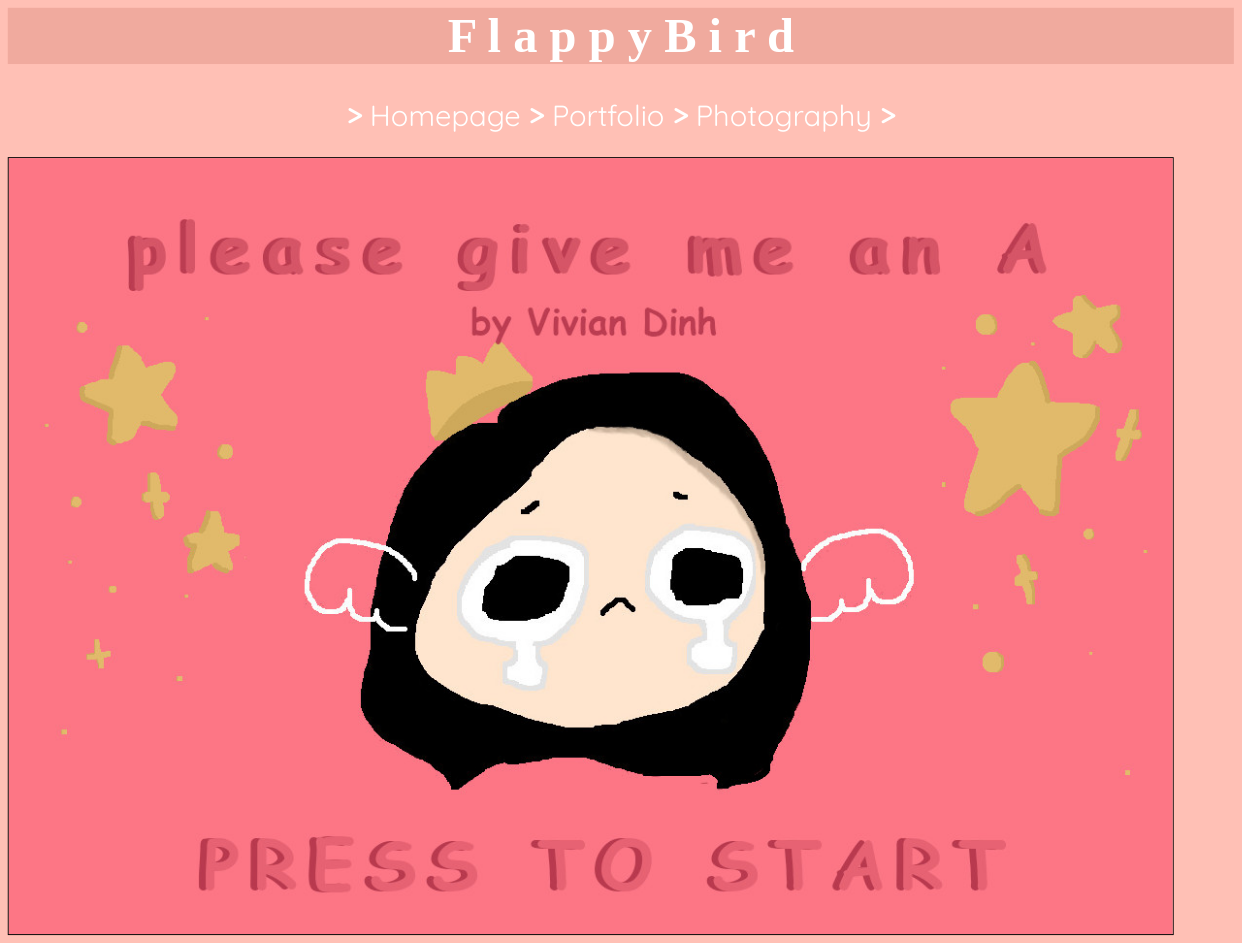
Repository: VivianVDinh/VivianVDinh.github.io
Page: flappyBird.html
The author's editor kept a record of every edit. The page is drawn from the files as they stood at one moment, then again after the next edit.
The browser window is 1280 px wide. The pictures show the whole page, at 97% of full size.
Some web fonts or font styles are not loaded; a fallback is used.

Above is the page before.

### flappyBird.html
<html>
<head>
    <meta http-equiv="Content-Type" content="text/html; charset=UTF-8" />
    <script type="text/javascript" src="js/processing.js"></script>
    <link rel="icon" type ="image/png" href="https://lh4.ggpht.com/zC_Ge7TX2z_cyJcpQcwqYmWu2tgpJdlIHCR-p7dPE6qDH8xUvxMw9S6bdygSC_D6YNk=h300">
        <title>ᕕ( ᐛ )ᕗ</title>
        <link href="https://fonts.googleapis.com/css?family=Mrs+Sheppards&display=swap" rel="stylesheet">
        <link href="https://fonts.googleapis.com/css?family=Quicksand&display=swap" rel="stylesheet">
        <link href="https://fonts.googleapis.com/css?family=Homemade+Apple&display=swap" rel="stylesheet">
        <link rel="stylesheet" type="text/css" href="style.css">
        <style type="text/css">
            A:link { COLOR: white; TEXT-DECORATION: none; font-weight: normal }
            A:visited { COLOR:white; TEXT-DECORATION: none; font-weight: 100 }
            A:active { COLOR: white; TEXT-DECORATION: none }
            A:hover { COLOR:#f0aa9e; TEXT-DECORATION: none; font-weight: 100}
        </style>
</head>

<body>
  <header>
    <h1 class="poop">F l a p p y  B i r d</h1>
  </header>
  <p>
       <h2 class="navbar">
       >
       <a href = "./index.hml">
            Homepage
        </a>
        >
        <a href = "./projects.html">
            Portfolio
        </a>
        >
        <a href = "./photos.html">
            Photography
        </a>
        >
        </h2>
  </p>
  <script type = "text/processing">
      PImage bg, me, botPipe, topPipe,pressStart;
      int bgx,bgy, mx, my, g, Vmy;
      int[] pipeX, pipeY; //2 arrays
      int gameState;
      int score;
      PFont font;
      /*
      import processing.sound.*;
      SoundFile song;
      */
      //One time
      void setup()
      {
        size(1200,800);
        bg = loadImage("./img/sky.jpg");
        me = loadImage("./img/me.png");
        botPipe = loadImage("./img/pipe.png");
        topPipe = loadImage("./img/toppipe.png");
        pressStart = loadImage("./img/poopNachos.jpg");
        mx = 100;
        my = 50;
        g = 1; //Gravity
        pipeX = new int[6];//[0,0,0,0]
        pipeY = new int[pipeX.length];
        //Populate
        for(int i = 0; i < pipeX.length; i++)
        {
          pipeX[i] = width + 200*i;
          pipeY[i] = (int)random(-350, 0);
        }
        font = loadFont("ComicSansMS-48.vlw");
        gameState = -1;
        /*
        song = new SoundFile(this, "snailhouse.mp3");
        song.loop();
        song.amp(0.2);
        */
        score = 0;
      }

      void draw()
      {
        if (gameState == -1)
        {
          startScreen();
        }
        else if(gameState == 0)
        {
          setBg();
          setPipes();
          character();
          showScore();
        }
        else
        {
          textFont(font);
          textSize(50);
          fill(255);
          text("GAME OVER", 450, 400);
          fill(0);
          text("Press to Play Again", 400,450);
          if(mousePressed)
          {
            playAgain();
            showScore();
            /*
            song.amp(0.0);
            */
          }
        }
      }
      void mousePressed()
      {
        Vmy = -15;
      }
      void setBg()
      {
        image(bg, bgx, bgy);
        image(bg, bgx + bg.width, bgy);
        bgx = bgx - 1;
        if(bgx < -bg.width)
        {
          bgx = 0;
        }
      }
      void character()
      {
        image(me, mx, my);
        my = my + Vmy;
        Vmy = Vmy + g;
        if(my > height|| my < 0)
        {
          textFont(font);
          fill(255);
          text("bruh moment", 450, 50);
          gameState = 1;
        }
      }
      void setPipes()
      {
        for(int i = 0; i < pipeX.length; i++)
        {
          image(topPipe, pipeX[i],pipeY[i]);
          image(botPipe, pipeX[i],pipeY[i] + 750);
          pipeX[i]-= 2;
          if(pipeX[i] < -200)
          {
            pipeX[i] = width;
          }
          if(mx > (pipeX[i]-64) && mx < pipeX[i] + 93)
          {
            if(!(my > pipeY[i] + 500 && my < pipeY[i] + (500 + 190)))
            {
              gameState = 1;
            }
            else if (mx == pipeX[i]|| mx == pipeX[i] + 1)
            {
              score++;
            }
          }
        }
      }
      void showScore()
      {
        textSize(32);
        fill(255);
        text("Score: " + score , width - 150, 40);
      }
      void startScreen()
      {
        image(pressStart, 0,0);
        if(mousePressed)
        {
          my =height/2;
          gameState = 0;
        }
      }
      void playAgain()
      {
          setup();
      }
  </script>
  <canvas id = "sketch" style = "border: 1px solid black;"></canvas>
</body>
</html>

### style.css
header{
    background-color:#f0aa9e;
    }
body{
    background-color:#ffc0b5;
    font-family: 'Homemade Apple', cursive;
    }
.poop{
    font-family: 'Mrs Sheppards', cursive;
    color:white;
    font-size:50px;
    text-align:center;
    }
.navbar{
    font-family: 'Quicksand', sans-serif;
    text-align: center;
    color:white;
    font-size:30px;
    }
#movedown{
    position: relative;
    }
#gamer{
    position: relative;
    left:50px;
    }
#border{
    border-color:#f0aa9e;
    border-left-style:solid;
    border-left-width:15px;
    border-bottom-color:#f0aa9e;
    border-bottom-style:solid;
    border-bottom-width:7px;
    }
.winkwonk{
    font-family: 'Homemade Apple', cursive;
    color:white;
    position: relative;
    margin-left:75px;
    text-shadow: 5px 1px #f0aa9e;
    font-size:25px;
    }
.greeting{
    color:white;
    position: relative;
    text-shadow: 5px 1px #f0aa9e;
    text-align:center;
}
#me{
    text-align:center;
    font-family: 'Homemade Apple', cursive;
    color:white;
    position: relative;
    text-shadow: 5px 1px #f0aa9e;
}

.woah{
    font-family: 'Homemade Apple', cursive;
    color:white;
    position: relative;
    text-shadow: 5px 1px #f0aa9e;
    font-size:25px;
    margin-left:570px;
}
.wack{
    font-family: 'Homemade Apple', cursive;
    color:white;
    position: relative;
    text-shadow: 5px 1px #f0aa9e;
    font-size:25px;
    margin-left:550px;
}
#news{
    margin-left:2000px;
    position:relative;
    top:100px;
}
#reee{
    position:relative;
    bottom:220px;
    left:50px;

}
#bg{
    background-color:#f0aa9e;
}
.wow{
            padding: 0;
            margin: 0;
}
.fit { /* set relative picture size */
            max-width: 100%;
            max-height: 100%;
}
.center {
            display: block;
            margin: auto;
        }

Loaded but not shown: js/processing.js (library)

After the next edit:
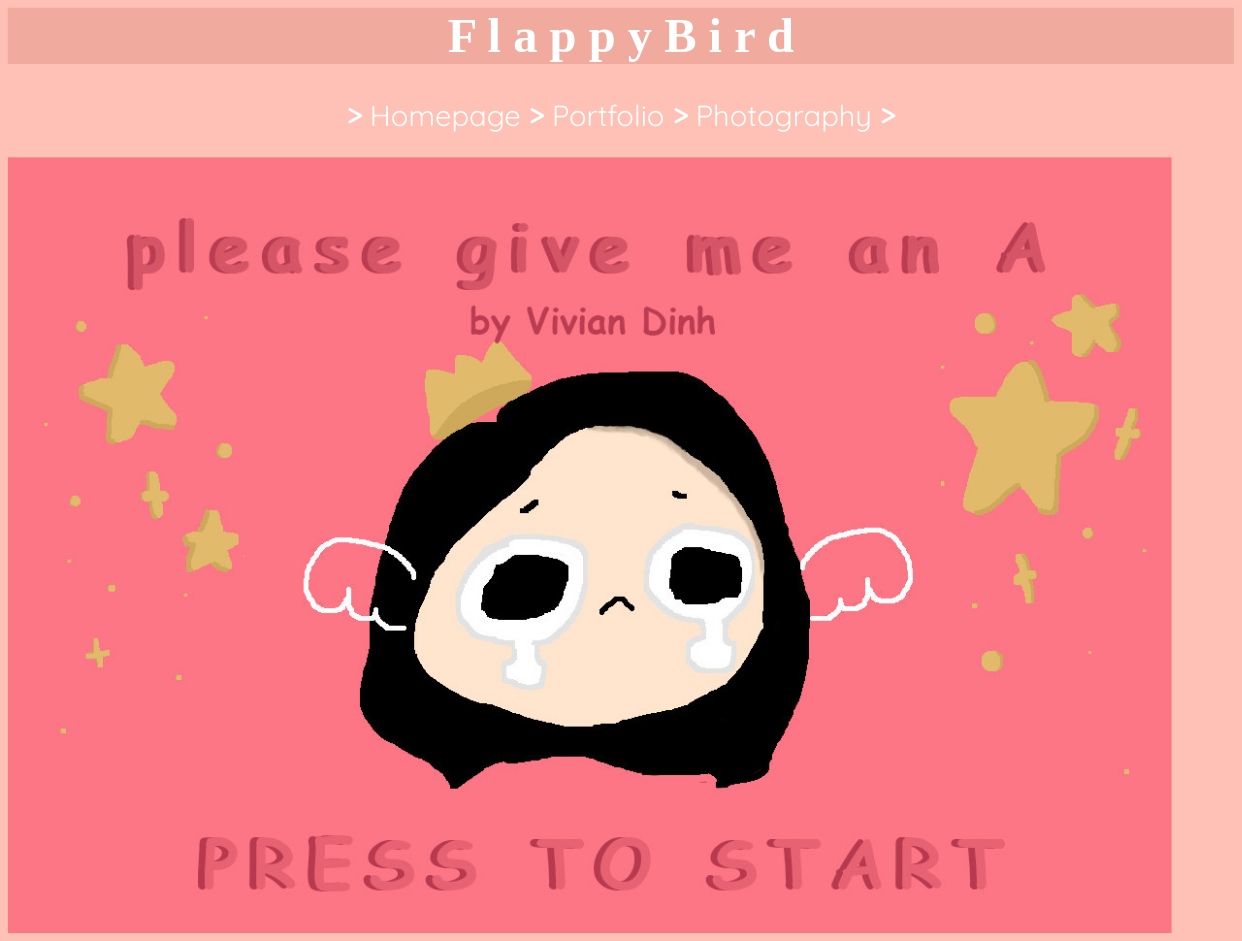
The edit:
--- a/flappyBird.html
+++ b/flappyBird.html
@@ -180,6 +180,6 @@
           setup();
       }
   </script>
-  <canvas id = "sketch" style = "border: 1px solid black;"></canvas>
+  <canvas id = "sketch" style = "border: 1px solid :#ffc0b5;"></canvas>
 </body>
 </html>
